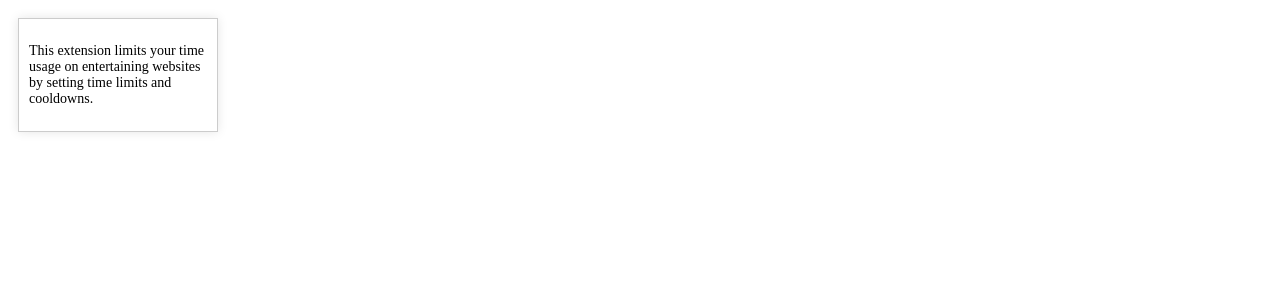
Repository: AndrlmMass/Time-management-chrome-extension
Page: popup.html
These files come from the project's save history. The page is drawn as it stood at one moment and after the next save; the edit follows.
The browser window is 1280 px wide. The pictures show the whole page.

Above is the page before, as saved 2023-08-24 20:02:52.
Console error: TypeError: Cannot read properties of null (reading 'addEventListener')

### popup.html
<!DOCTYPE html>
<html>
<head>
  <title>Popup</title>
  <link rel="stylesheet" type="text/css" href="styles.css">
</head>
<body>
  <div id="popup-container">
    <p>This extension limits your time usage on entertaining websites by setting time limits and cooldowns.</p>
  </div>
  <script src="popup.js"></script>
</body>
</html>

### styles.css
@font-face {
  font-family: 'CustomFont';
  src: url('path/to/font.woff2') format('woff2'),
       url('path/to/font.woff') format('woff');
}

body {
  width: 200px;
  padding: 10px;
}

#popup-container {
  padding: 10px;
  background-color: #fff;
  border: 1px solid #ccc;
  box-shadow: 0 0 10px rgba(0, 0, 0, 0.1);
}

h1 {
  font-size: 18px;
  margin-bottom: 10px;
}

p {
  font-size: 14px;
}

#close-button {
  margin-top: 10px;
  display: none; /* Hide the close button */
}

### popup.js
document.addEventListener("DOMContentLoaded", function () {
  var closeButton = document.getElementById("close-button");
  var popupContainer = document.getElementById("popup-container");

  closeButton.addEventListener("click", function () {
    // This will prevent the button from working
    return false;
  });

  // Optionally, you can hide the button entirely
  closeButton.style.display = "none";

  // You might want to provide an alternate way to close the popup, like through a background action
});

After the next save:
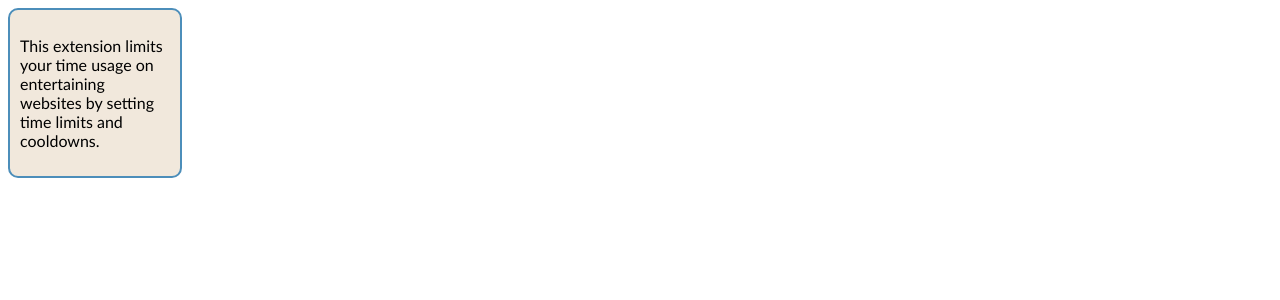
Saved 34 s later.
--- a/styles.css
+++ b/styles.css
@@ -5,27 +5,14 @@
 }
 
 body {
-  width: 200px;
-  padding: 10px;
-}
+    font-family: 'Calibri', sans-serif;
+  }
 
-#popup-container {
-  padding: 10px;
-  background-color: #fff;
-  border: 1px solid #ccc;
-  box-shadow: 0 0 10px rgba(0, 0, 0, 0.1);
-}
-
-h1 {
-  font-size: 18px;
-  margin-bottom: 10px;
-}
-
-p {
-  font-size: 14px;
-}
-
-#close-button {
-  margin-top: 10px;
-  display: none; /* Hide the close button */
-}
+  #popup-container {
+    padding: 10px;
+    margin: 0;
+    width: 150px;
+    background-color: #f1e8dc;
+    border: 2px solid #4c8eba;
+    border-radius: 10px;
+  }
